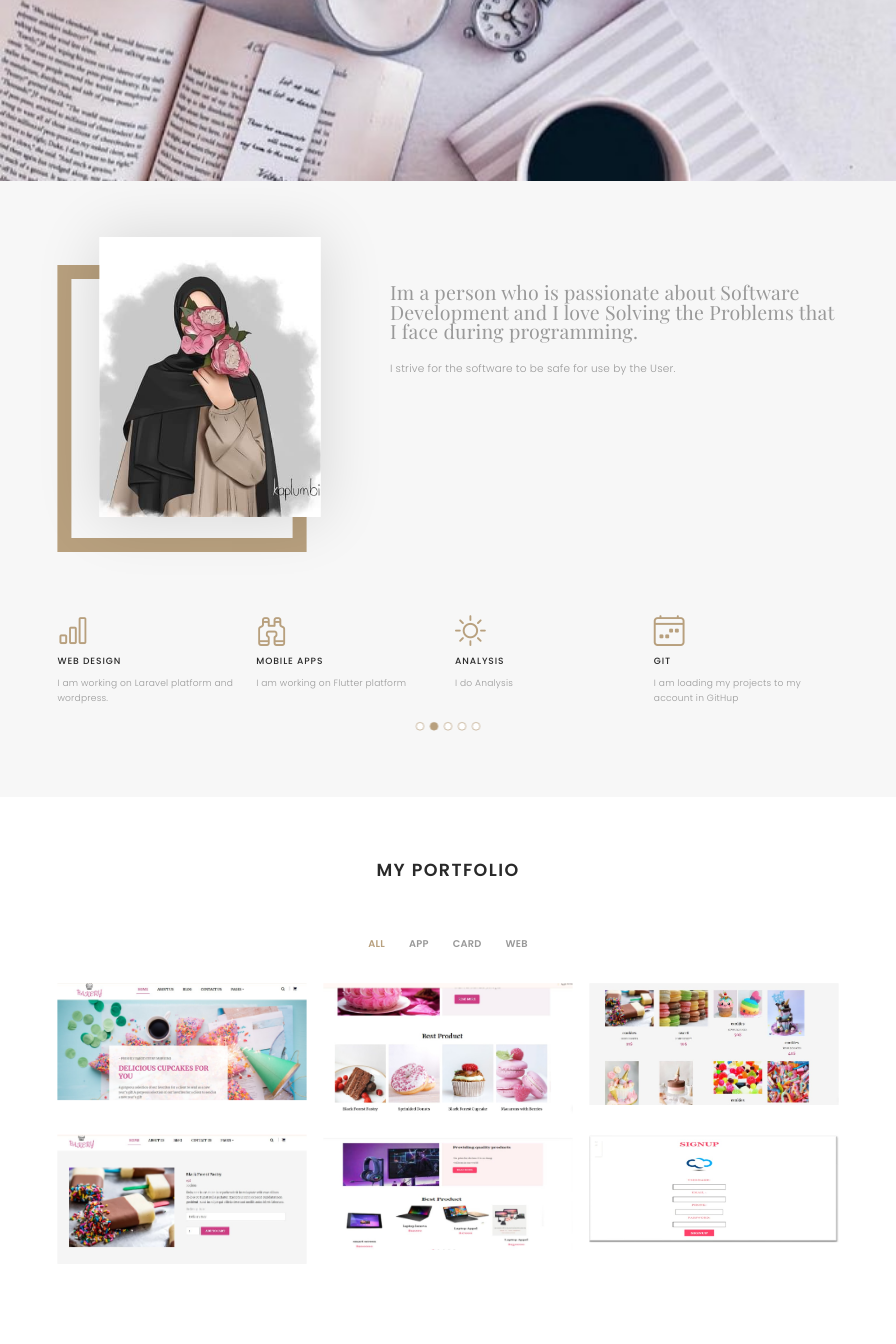
Repository: AlaaBashirSaijary/Library
Page: http://localhost/home
An editor plug-in stored every save of this project. The page is shown before and after a run of saves, followed by the edit.
The browser window is 1280 px wide. The pictures show the part of the page from y = 462 to 2382 px (the page is 3056 px tall), at 70% of full size.
Some web fonts or font styles are not loaded; a fallback is used. The page is served by the project's Laravel application, run on PHP 8.4 with Laravel 10.

Above is the page before, as saved 2024-01-06 05:09:08.

After the next 3 saves:
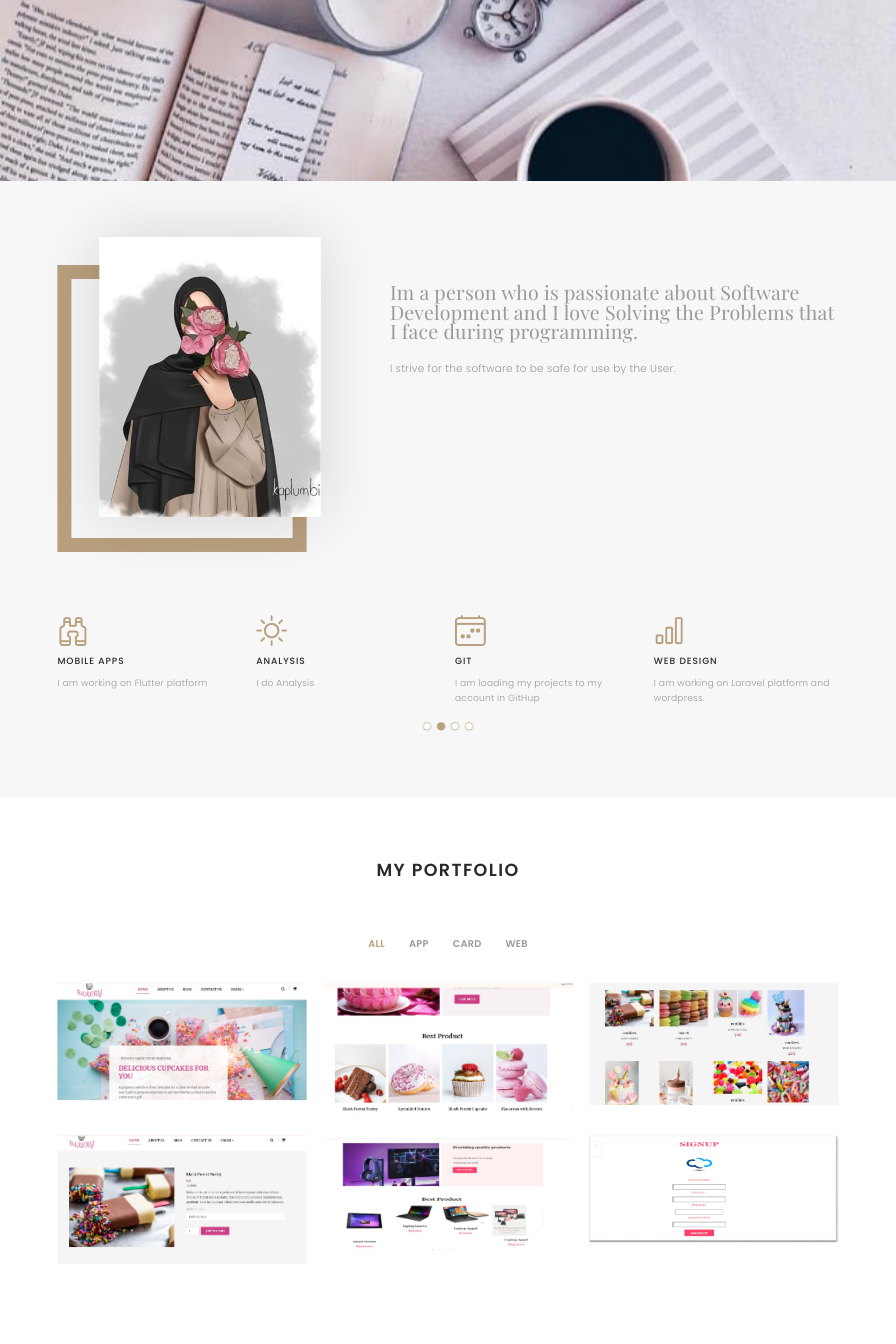
The 3 saves are shown as one change because they came seconds apart.
The last was saved 14 s later.
--- a/resources/views/pages/home.blade.php
+++ b/resources/views/pages/home.blade.php
@@ -53,17 +53,6 @@
 
         <div class="services-slider swiper" data-aos="fade-up" data-aos-delay="100">
           <div class="swiper-wrapper">
-
-            <div class="swiper-slide">
-              <div class="services-block">
-                <i class="bi bi-briefcase"></i>
-                <span>UI/UX DESIGN</span>
-                <p class="separator">To an English person, it will seem like simplified English,told me what </p>
-              </div>
-            </div><!-- End testimonial item -->
-
-
-
             <div class="swiper-slide">
               <div class="services-block">
                 <i class="bi bi-bar-chart"></i>

After the save that followed:
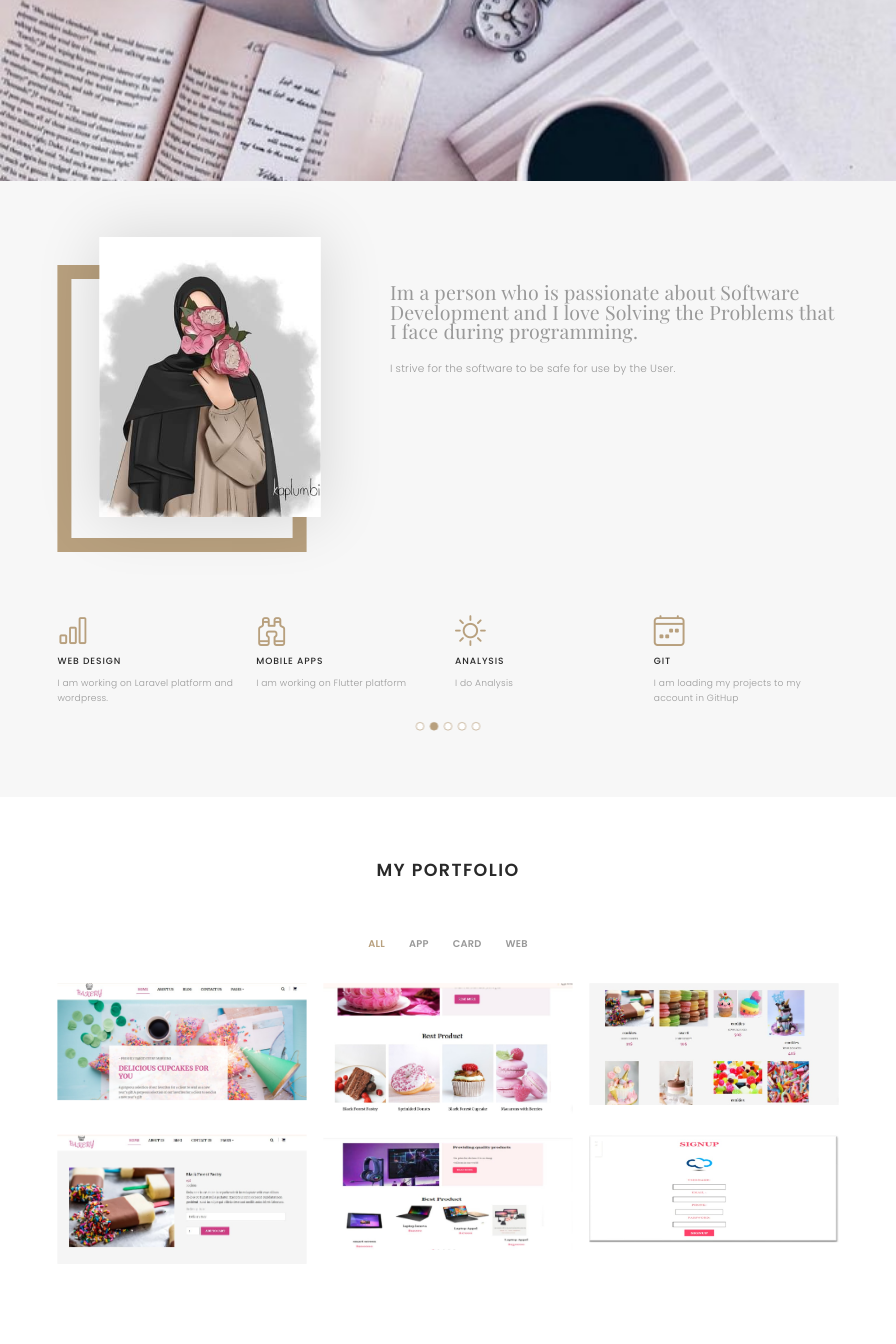
Saved 46 s later.
--- a/resources/views/pages/home.blade.php
+++ b/resources/views/pages/home.blade.php
@@ -53,6 +53,17 @@
 
         <div class="services-slider swiper" data-aos="fade-up" data-aos-delay="100">
           <div class="swiper-wrapper">
+
+            <div class="swiper-slide">
+              <div class="services-block">
+                <i class="bi bi-briefcase"></i>
+                <span>UI/UX DESIGN</span>
+                <p class="separator">To an English person, it will seem like simplified English,told me what </p>
+              </div>
+            </div><!-- End testimonial item -->
+
+
+
             <div class="swiper-slide">
               <div class="services-block">
                 <i class="bi bi-bar-chart"></i>
